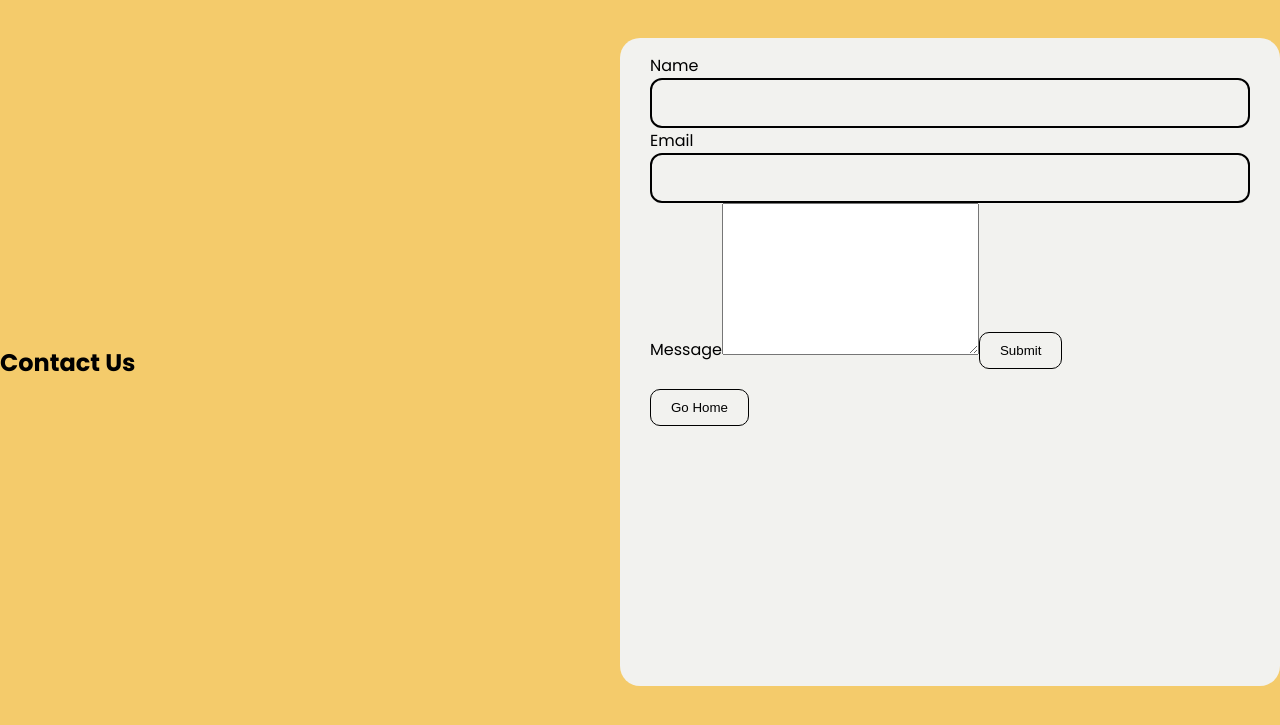
Repository: ble-syn/Random-user-generator-app
Page: /contact
An editor plug-in stored every save of this project. The page is shown before and after the next save, followed by the edit.
The browser window is 1280 px wide. The pictures show the whole page.
The project was rebuilt for these pictures with package versions that can differ from the ones it lists, and the page was loaded fresh each time. Also part of the build but not shown: src/components/Navbar.jsx, src/components/pagination.jsx, src/components/ErrorFallback.jsx, src/components/User.jsx, src/pages/Home.jsx, src/pages/About.jsx, src/pages/Vision.jsx, src/pages/Mission.jsx and 1 more.

Above is the page before, as saved 2022-10-28 19:13:36.

After the next save:
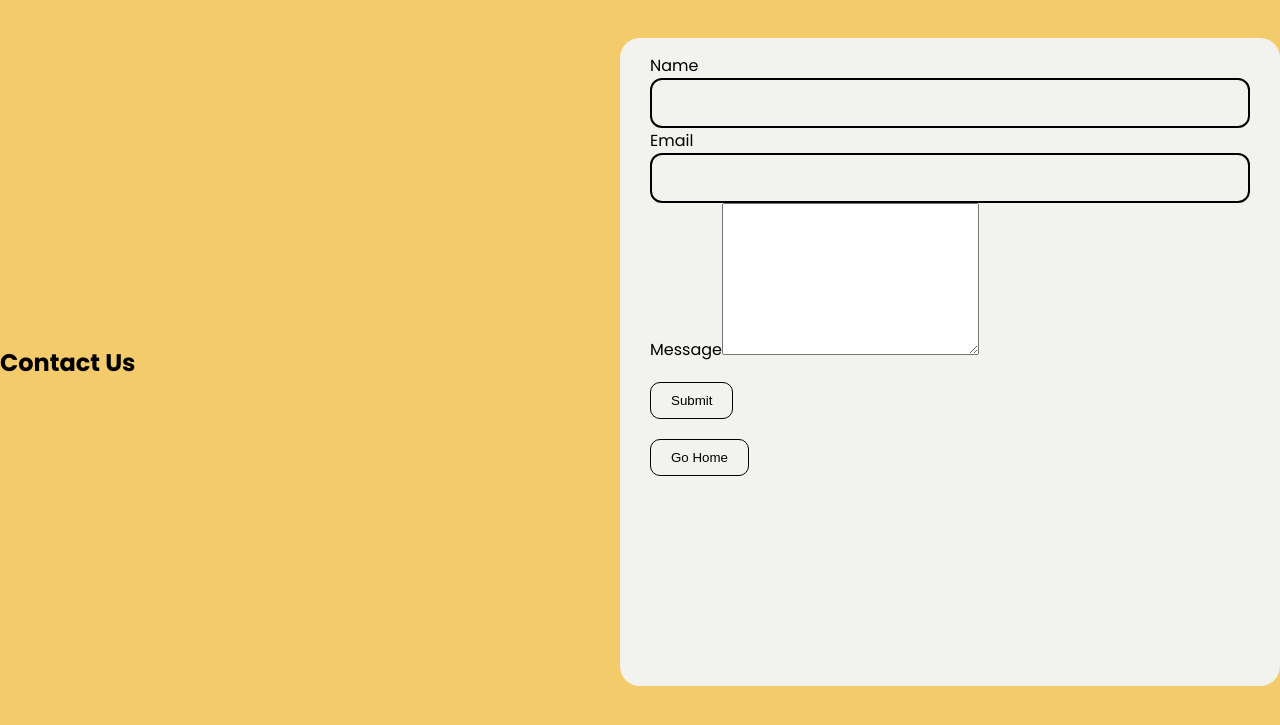
Saved 38 s later.
--- a/src/pages/Contact.jsx
+++ b/src/pages/Contact.jsx
@@ -20,7 +20,7 @@ function Contact() {
           <label htmlFor="email">Email</label>
           <input type="email" name="email" id="email" />
           <label htmlFor="message">Message</label>
-          <textarea name="message" id="message" cols="30" rows="10"></textarea>
+          <textarea name="message" id="message" cols="30" rows="10"></textarea> <br />
           <button type="submit">Submit</button>
        </form>
         <button onClick={goHome}>Go Home</button>
